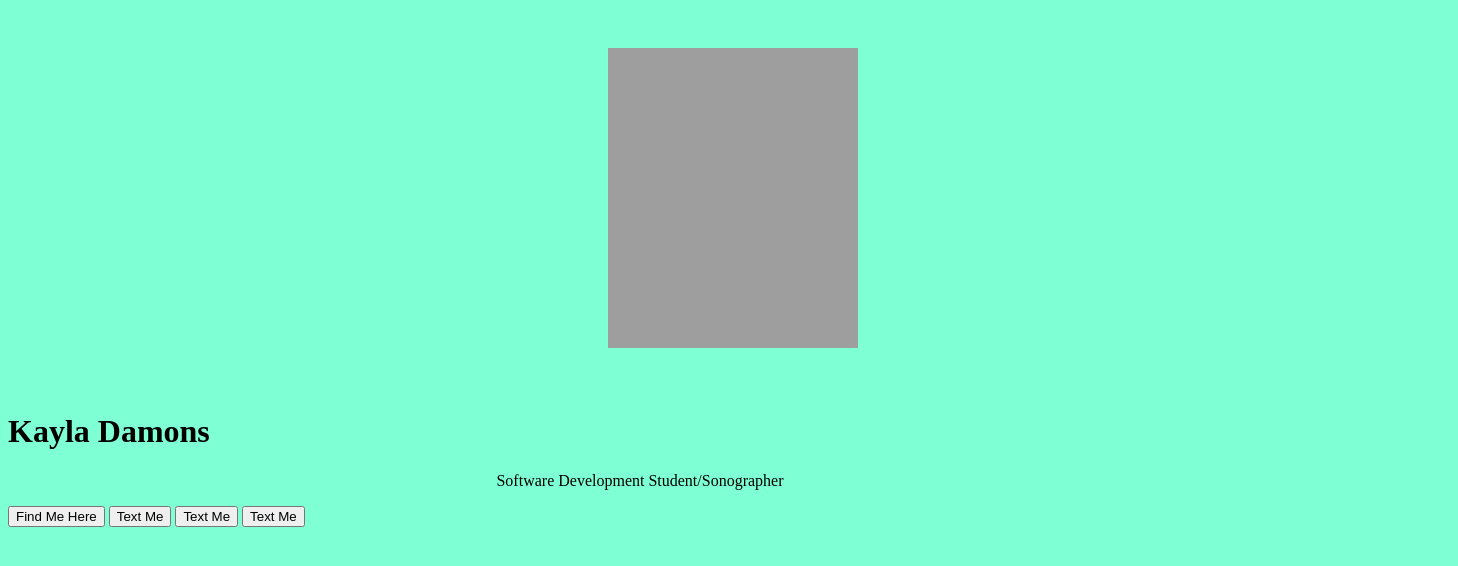
Repository: KaylaDamons/LABlinkinbio
Page: index.html
An editor plug-in stored every save of this project. The page is shown before and after the next save, followed by the edit.
The browser window is 1280 px wide. The page is 1458 px wide, so the pictures cover 1458 px, including what lies to the right of the window. The pictures show the whole page.
Pictures or frames that could not be fetched are drawn as grey boxes.

Above is the page before, as saved 2024-01-14 16:22:11.

After the next save:
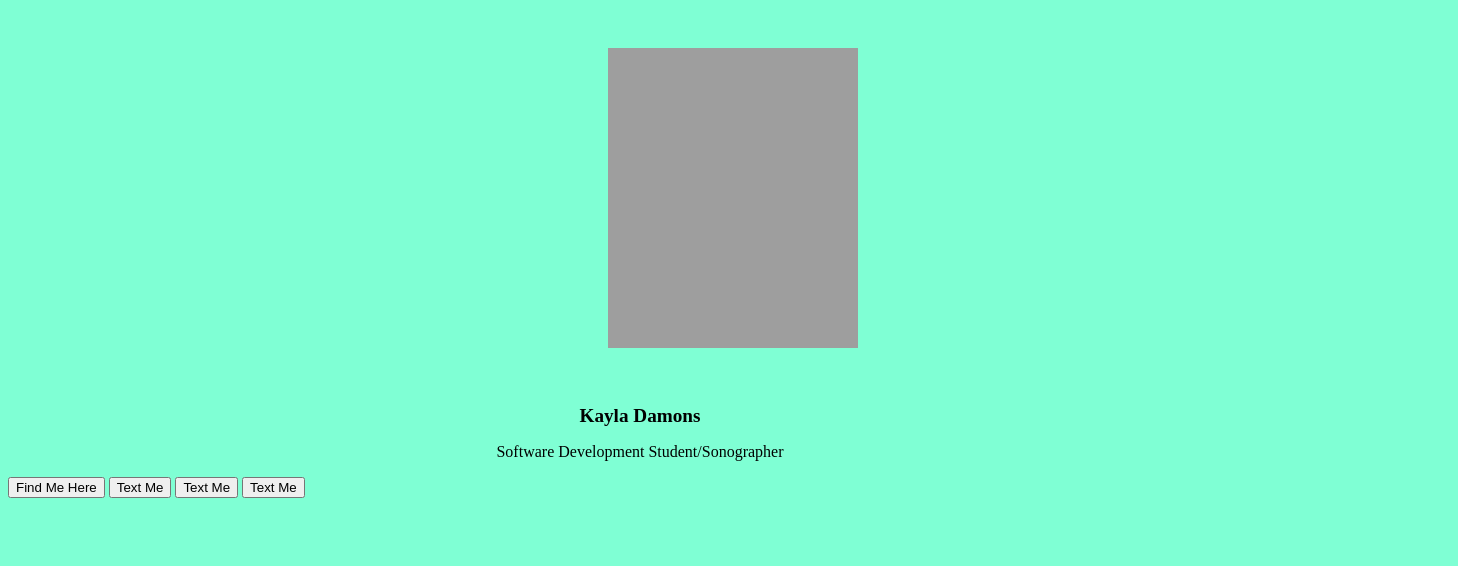
Saved 15 s later.
--- a/main.css
+++ b/main.css
@@ -1,10 +1,14 @@
 body {
   background-color: aquamarine;
 }
-header {
+h1 {
    font-size: larger;
    text-align: center;
 }
 p {
   text-align: center;
 }
+img {
+
+}
+button
